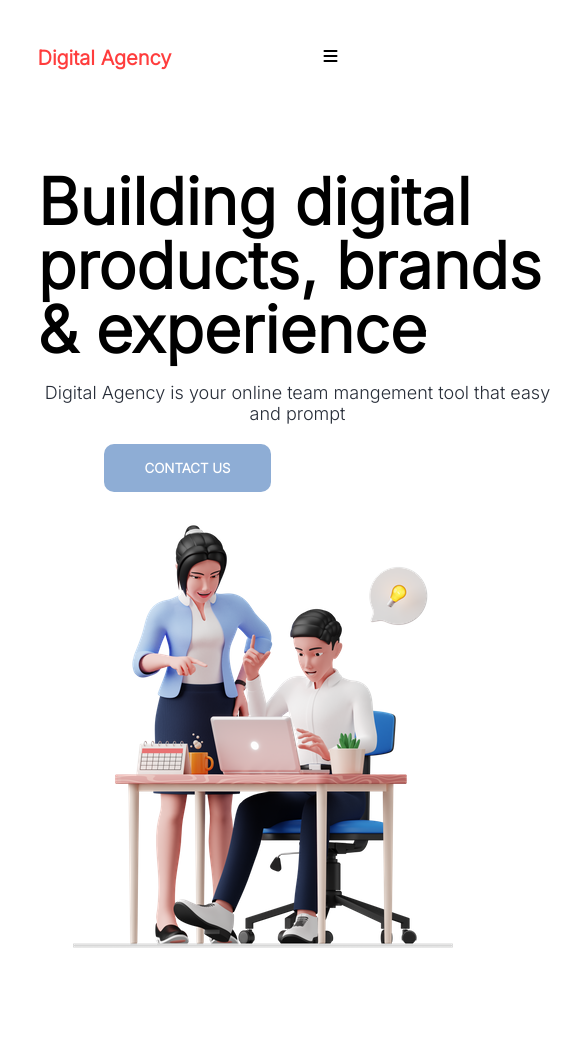
Repository: ThuatDev/fullstack_devc
Page: index.html
The author's editor kept a copy of each file at every save. The page is drawn from the files as they stood at one save, then again after a run of saves.
The browser window is 375 px wide. The page is 578 px wide, so the pictures cover 578 px, including what lies to the right of the window. The pictures show the whole page.

Above is the page before, as saved 2022-11-09 17:50:07.

After the next 2 saves:
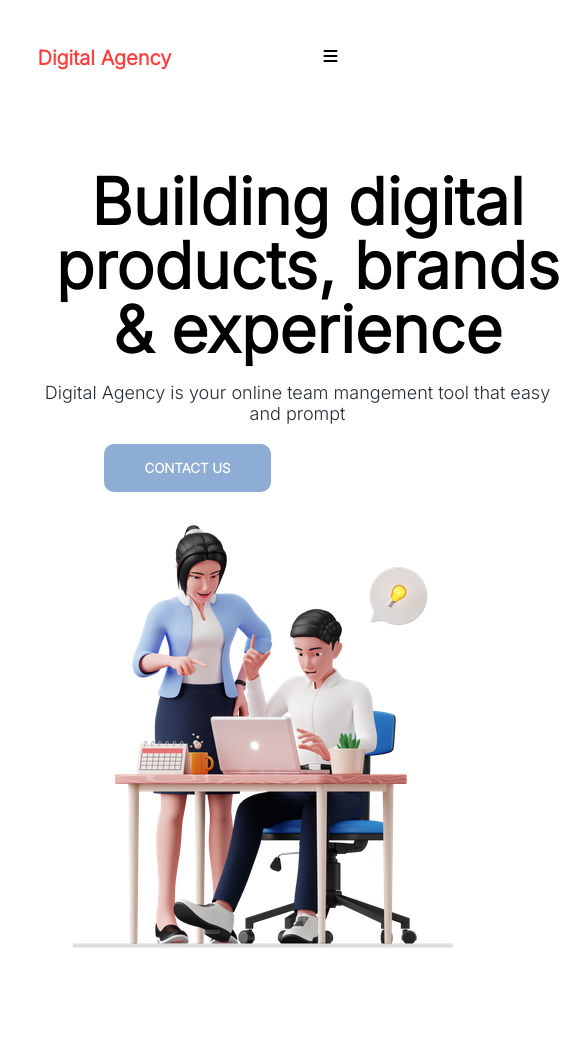
The 2 saves are shown as one change because they came seconds apart.
The last was saved 20 s later.
--- a/reposive.css
+++ b/reposive.css
@@ -26,7 +26,11 @@
     /* justify-content: center;
     align-items: center; */
   }
-
+  .h-section > .h-section__left h2 {
+    text-align: center;
+    font-size: 40px;
+    width: 100%;
+  }
   .h-section .h-section__left p {
     margin-top: 20px;
     text-align: center;
